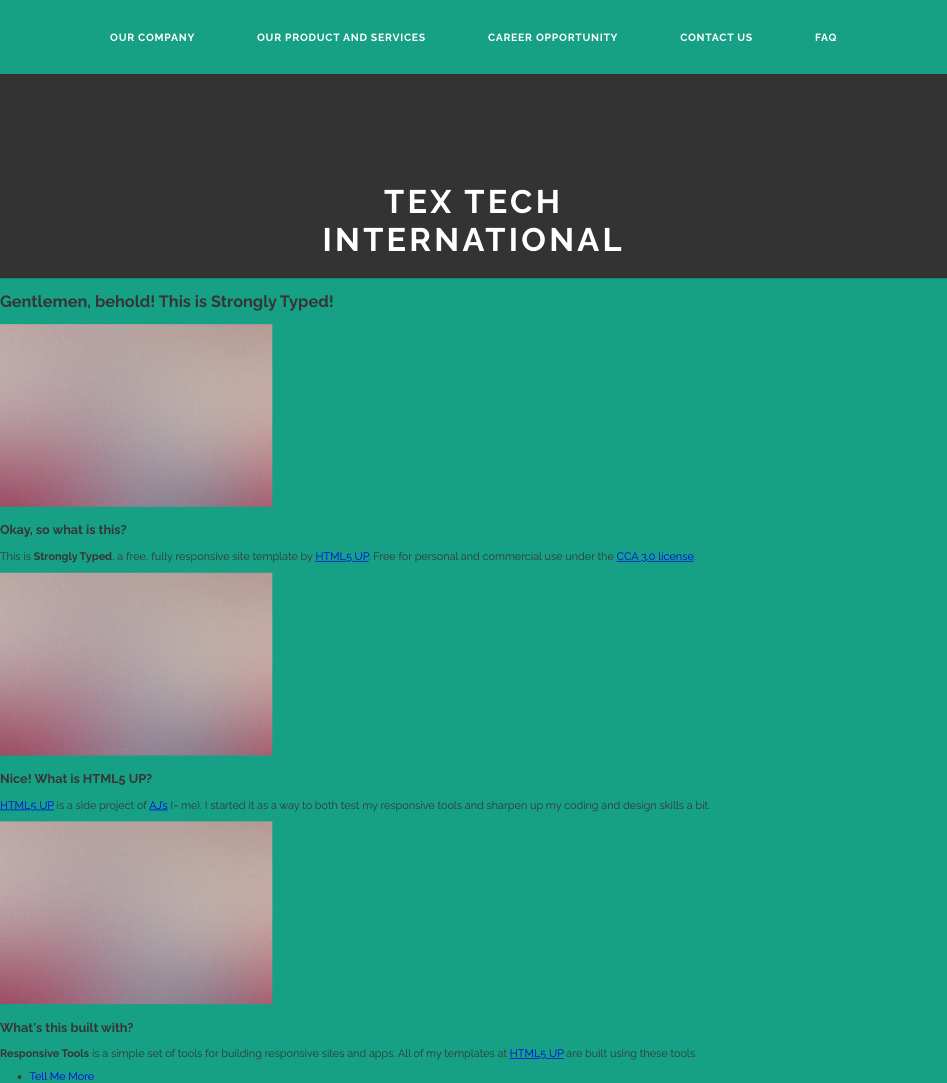
Repository: asifdotpy/demo_webpage
Page: contact_us.html
These files come from the project's save history. The page is drawn as it stood at one moment and after the next save; the edit follows.
The browser window is 1280 px wide. The pictures show the whole page, at 74% of full size.

Above is the page before, as saved 2021-01-26 00:23:12.

After the next save:
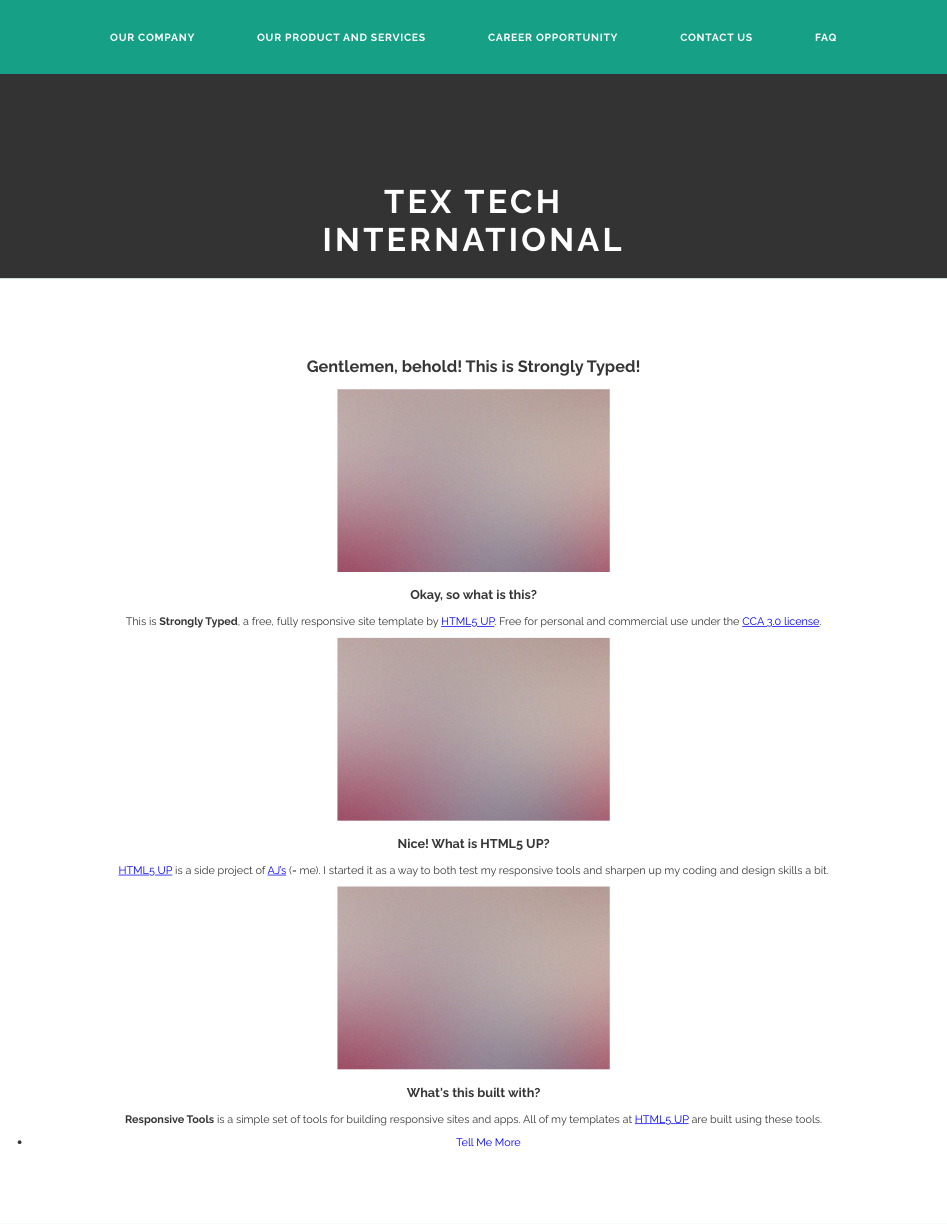
Saved 84 s later.
--- a/css/contact_us.css
+++ b/css/contact_us.css
@@ -115,3 +115,12 @@
 		text-decoration: none;
 		color: #FFF;
 	}
+
+
+	#features {
+		position: relative;
+		overflow: hidden;
+		background: #fff;
+		text-align: center;
+		padding: 6em 0;
+	}
